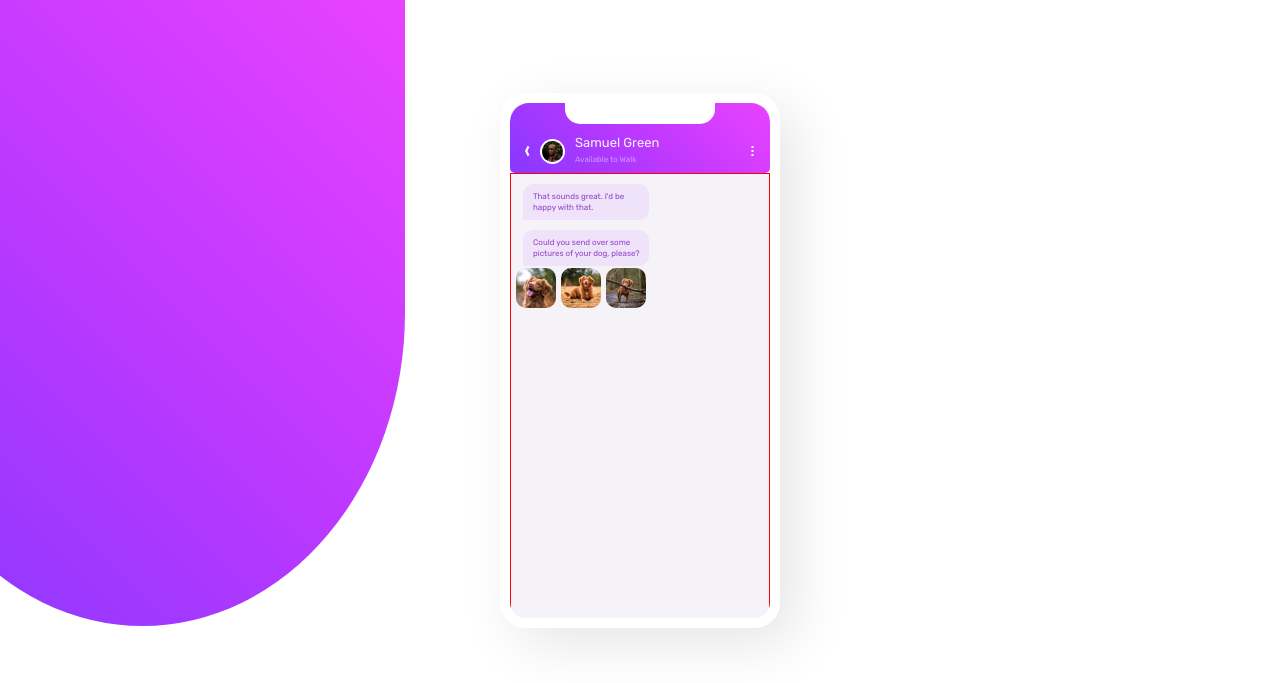
Repository: KamoliddinGIT/chat-app-css-illustration
Page: index.html
The author's editor kept a copy of each file at every save. The page is drawn from the files as they stood at one save, then again after the next save.
The browser window is 1280 px wide. The pictures show the whole page.

Above is the page before, as saved 2023-09-25 18:16:12.

### index.html
<!DOCTYPE html>
<html lang="en">
  <head>
    <meta charset="UTF-8" />
    <meta http-equiv="X-UA-Compatible" content="IE=edge" />
    <meta name="viewport" content="width=device-width, initial-scale=1.0" />
    <link
      rel="icon"
      type="image/png"
      sizes="32x32"
      href="./images/favicon-32x32.png"
    />
    <link
      href="https://fonts.googleapis.com/css2?family=Rubik:wght@400;500;700&display=swap"
      rel="stylesheet"
    />
    <link rel="stylesheet" href="./css/style.css" />
    <title>Chat App CSS Illustration</title>
  </head>
  <body>
    <div class="container">
      <div class="bg"></div>
      <div class="card">
        <div class="header">
          <div class="cam"></div>
          <div class="header_contents">
            <div class="header-left-side">
              <img
                src="./images/arrow.svg"
                alt="left_arrow"
                class="back_icon"
              />
              <img class="avatar" src="./images/avatar.jpg" alt="avatar" />
              <h2>
                Samuel Green <br />
                <span>Available to Walk </span>
              </h2>
            </div>
            <img src="./images/menu.svg" alt="menu" class="menu" />
          </div>
        </div>
        <div class="card-messages">
          <div class="receive-message">
            That sounds great. I'd be happy with that.
          </div>
          <div class="receive-message">
            Could you send over some pictures of your dog, please?
          </div>
          <div class="sent-photo">
            <img src="./images/dog-image-1.jpg" alt="dog1" />
            <img src="./images/dog-image-2.jpg" alt="dog2" />
            <img src="./images/dog-image-3.jpg" alt="dog3" />
          </div>
        </div>
      </div>
    </div>
  </body>
</html>

### css/style.css
* {
  margin: 0;
  padding: 0;
  box-sizing: border-box;
}

.container {
  width: 100%;
  height: 100vh;
  display: flex;
  justify-content: center;
  align-items: center;
  background-color: white;
  font-family: "Rubik", sans-serif;
}

.bg {
  width: 525px;
  height: 87%;
  left: -120px;
  top: 0;
  position: absolute;
  background-image: linear-gradient(
    45deg,
    hsl(264deg 100% 61%) 0%,
    hsl(280deg 100% 61%) 50%,
    hsl(293deg 100% 63%) 100%
  );
  border-radius: 0 0 50% 50%;
}

.card {
  z-index: 99;
  width: 280px;
  height: 535px;
  border-radius: 1.6rem;
  background-color: hsl(270, 20%, 96%);
  border: 10px solid white;
  box-shadow: 1rem 1rem 3.5rem rgba(0, 0, 0, 0.1);
  overflow: hidden;
}

.header {
  display: flex;
  justify-content: center;
  align-items: center;
  color: white;
  position: relative;
  width: 100%;
  height: 70px;
  border-radius: 1.2rem 1.2rem 5px 5px;
  display: flex;
  flex-direction: column;
  align-items: center;
  background-image: linear-gradient(
    45deg,
    hsl(264deg 100% 61%) 0%,
    hsl(280deg 100% 61%) 50%,
    hsl(293deg 100% 63%) 100%
  );
}

.cam {
  width: 150px;
  height: 22px;
  top: 0;
  background-color: white;
  border-radius: 0 0 15px 15px;
  position: absolute;
  margin: -1px auto 0 auto;
}

.back_icon {
  width: 5px;
  height: 18px;
  cursor: pointer;
}

.header_contents {
  margin-top: 27px;
  width: 100%;
  height: 15px;
  display: flex;
  align-items: center;
  justify-content: space-between;
  padding: 15px;
}

.header-left-side {
  width: 164px;
  height: 29px;
  display: flex;
  align-items: center;
  gap: 10px;
}

.avatar {
  width: 25px;
  height: 25px;
  object-fit: fill;
  border-radius: 50%;
  border: 2px solid white;
}

.header-left-side h2 {
  font-size: 13px;
  font-weight: 400;
  padding-bottom: 3px;
  color: hsl(270, 20%, 96%);
}

.header-left-side h2 span {
  font-size: 8px;
  font-weight: 400;
  opacity: 0.5;
  color: hsl(270, 20%, 96%);
}

.menu {
  cursor: pointer;
  width: 5px;
}

.card-messages {
  display: flex;
  flex-direction: column;
  width: 260px;
  height: 446px;
  border: 1px solid red;
}

.receive-message {
  width: 126px;
  height: 36px;
  background-color: hsla(276, 100%, 81%, 0.2);
  padding: 7px 5px 7px 10px;
  border-radius: 10px 10px 10px 2px;
  margin: 10px 0 0 12px;
  font-size: 8px;
  line-height: 11px;
  color: hsl(276, 55%, 52%);
}

.sent-photo {
  float: right;
  width: 142px;
  height: 44px;
  display: flex;
  align-items: center;
}

.sent-photo img {
  width: 40px;
  height: 40px;
  border-radius: 10px;
  object-fit: fill;
  margin-inline-start: 5px;
}

After the next save:
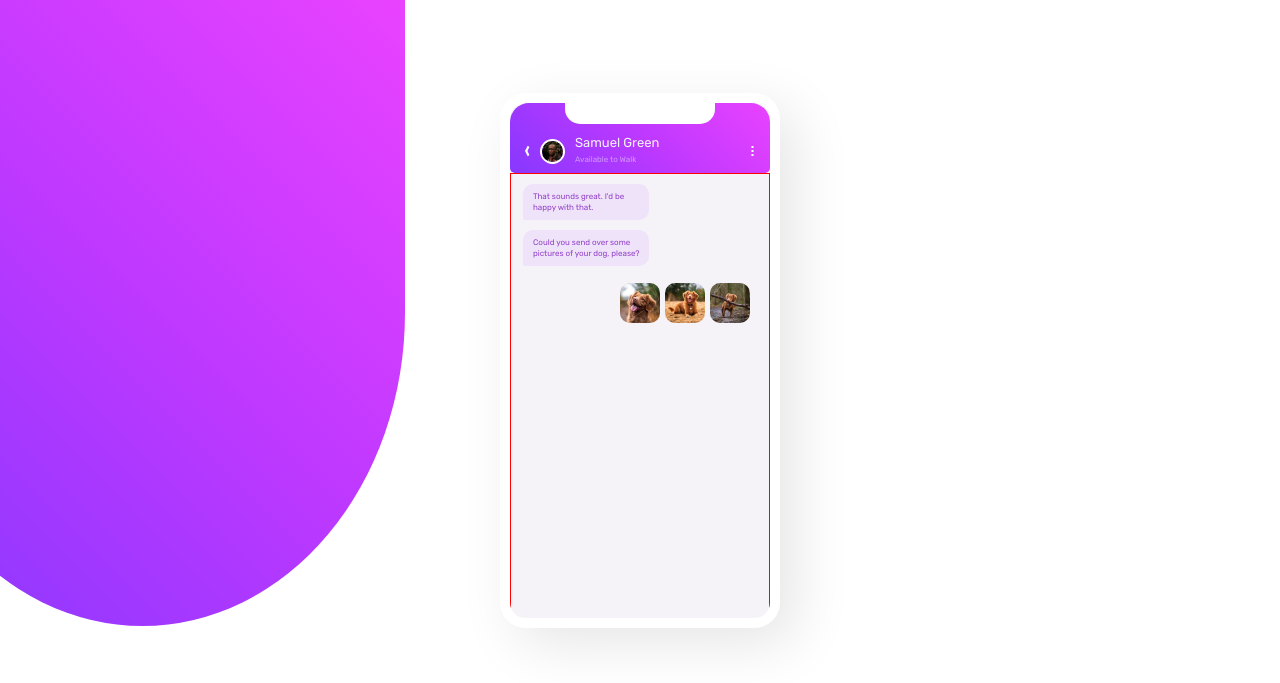
Saved 18 s later.
--- a/css/style.css
+++ b/css/style.css
@@ -142,7 +142,7 @@
 }
 
 .sent-photo {
-  float: right;
+  margin: 15px 12px 0 auto;
   width: 142px;
   height: 44px;
   display: flex;
